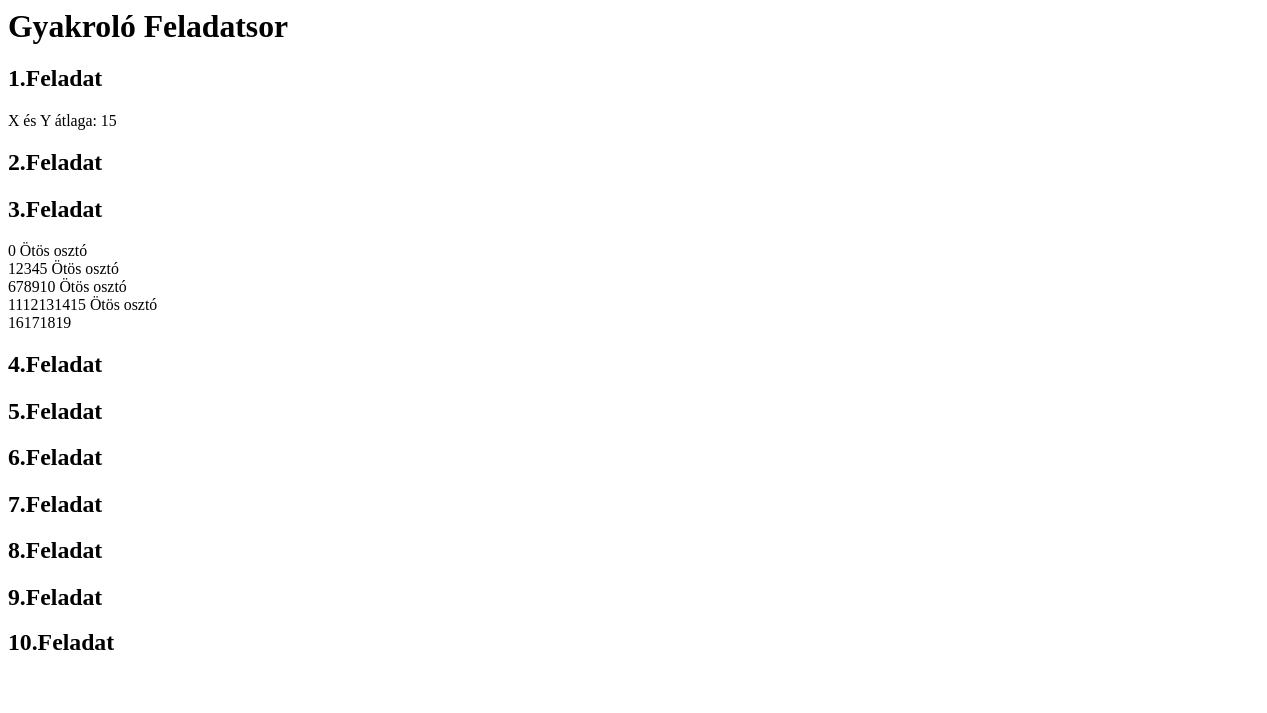
Repository: doomhyena/htdocs
Page: http://localhost/00.Home/02.masodikresz.php
The author's editor kept a copy of each file at every save. The page is drawn from the files as they stood at one save, then again after the next save.
The browser window is 1280 px wide. The pictures show the whole page, at 99% of full size.
The page is run by PHP 8.4 with error messages shown; the project is at /var/www/html/.

Above is the page before, as saved 2024-09-17 15:01:47.

After the next save:
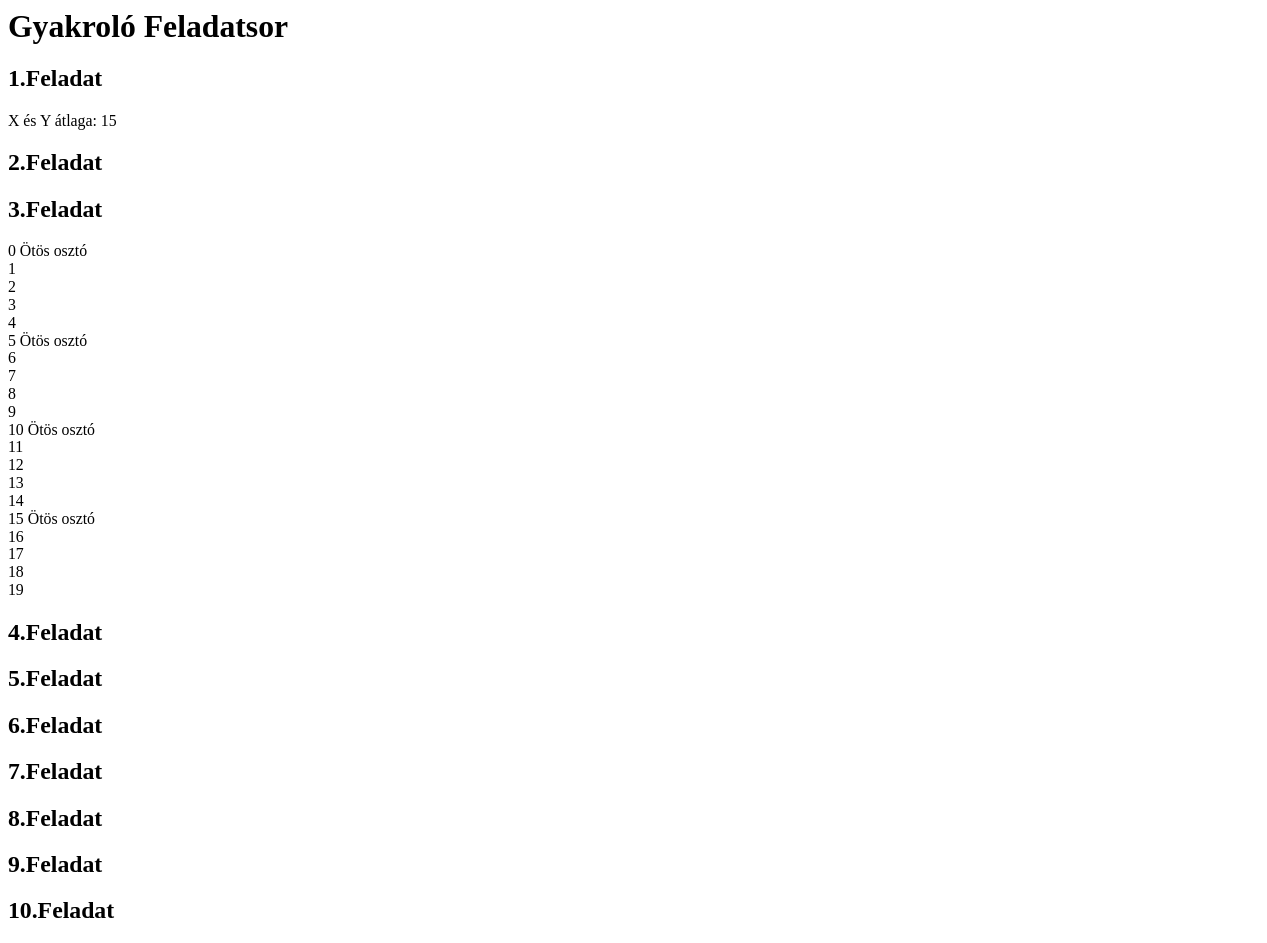
Saved 16 s later.
--- a/00.Home/02.masodikresz.php
+++ b/00.Home/02.masodikresz.php
@@ -49,7 +49,7 @@ for ($i = 0; $i < 20; $i++) {
     if ($i%5 === 0) {
         echo "$i Ötös osztó <br>";
     } else {
-        echo "$i";
+        echo "$i <br>";
     }
 }
 
